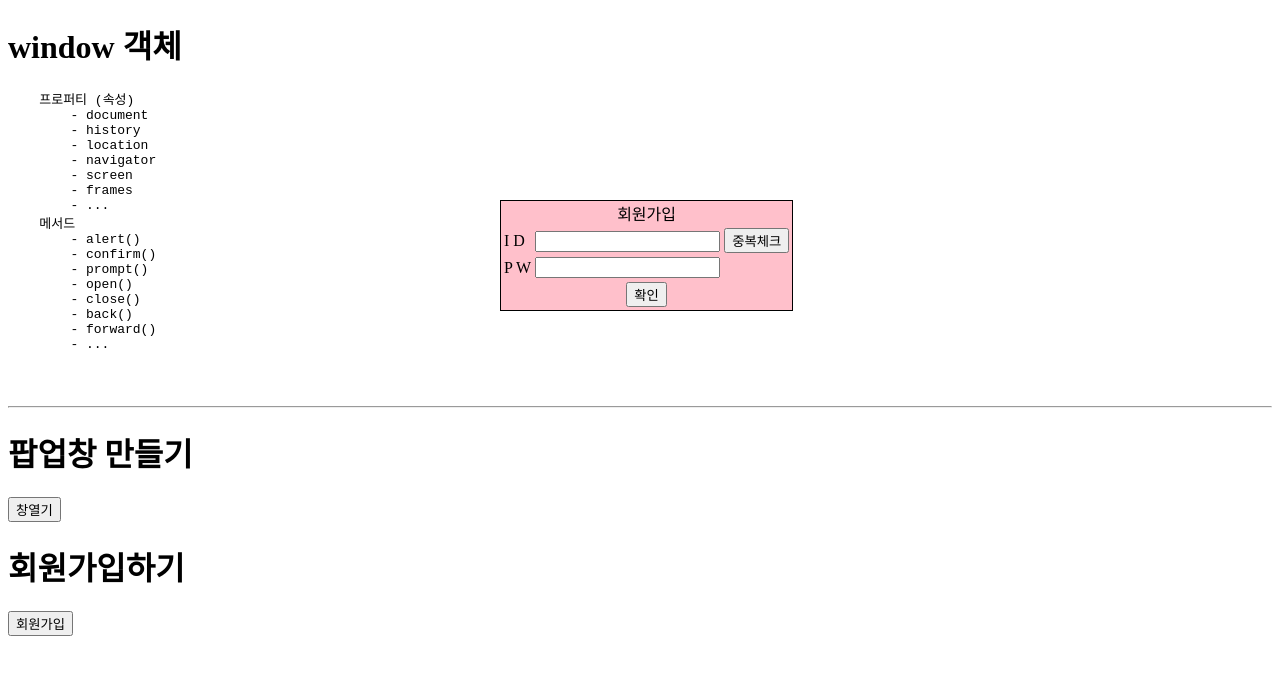
Repository: junewjdtn/TIL
Page: HTML+CSS/html_vscode_UI/4_JS_ec/JS/WebContent/js20_window01.html
The author's editor kept a copy of each file at every save. The page is drawn from the files as they stood at one save, then again after the next save.
The browser window is 1280 px wide. The pictures show the whole page.

Above is the page before, as saved 2022-05-18 04:15:58.

After the next save:
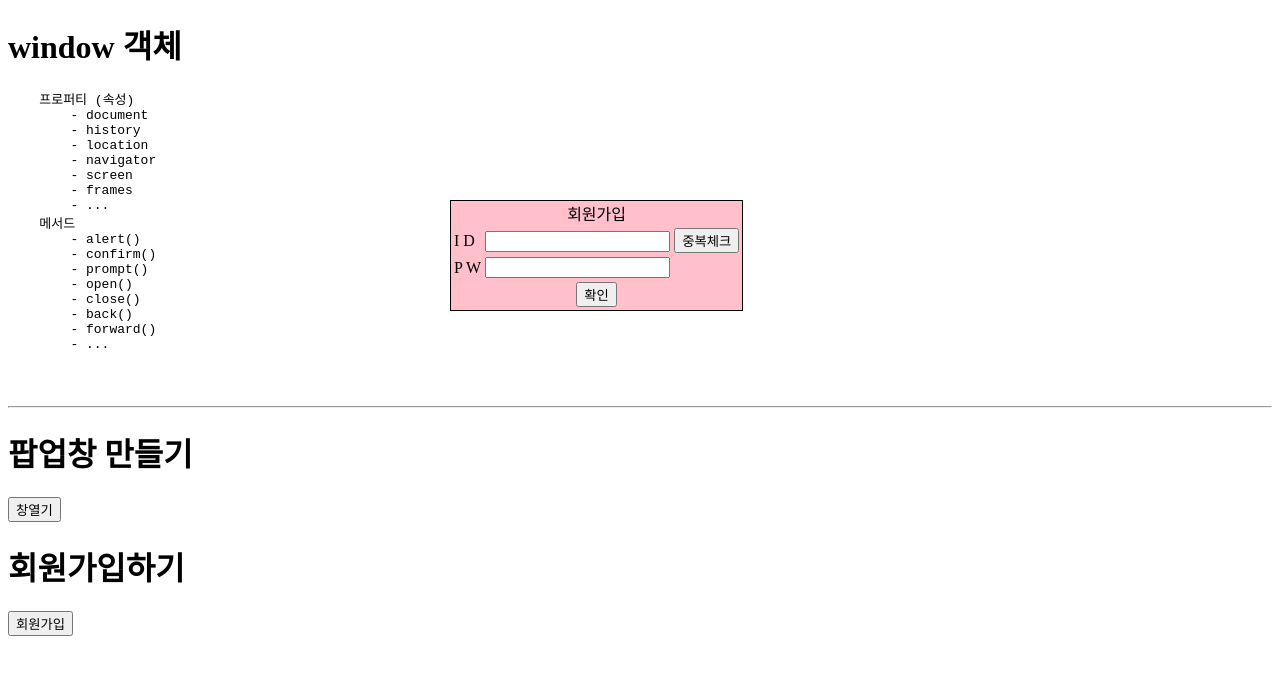
Saved 14 s later.
--- a/HTML+CSS/html_vscode_UI/4_JS_ec/JS/WebContent/js20_window01.html
+++ b/HTML+CSS/html_vscode_UI/4_JS_ec/JS/WebContent/js20_window01.html
@@ -11,7 +11,7 @@
     		background:pink;
     		position: absolute;
     		top: 200px;
-    		left: 500px;
+    		left: 450px;
     	}
     </style>
     <script>
